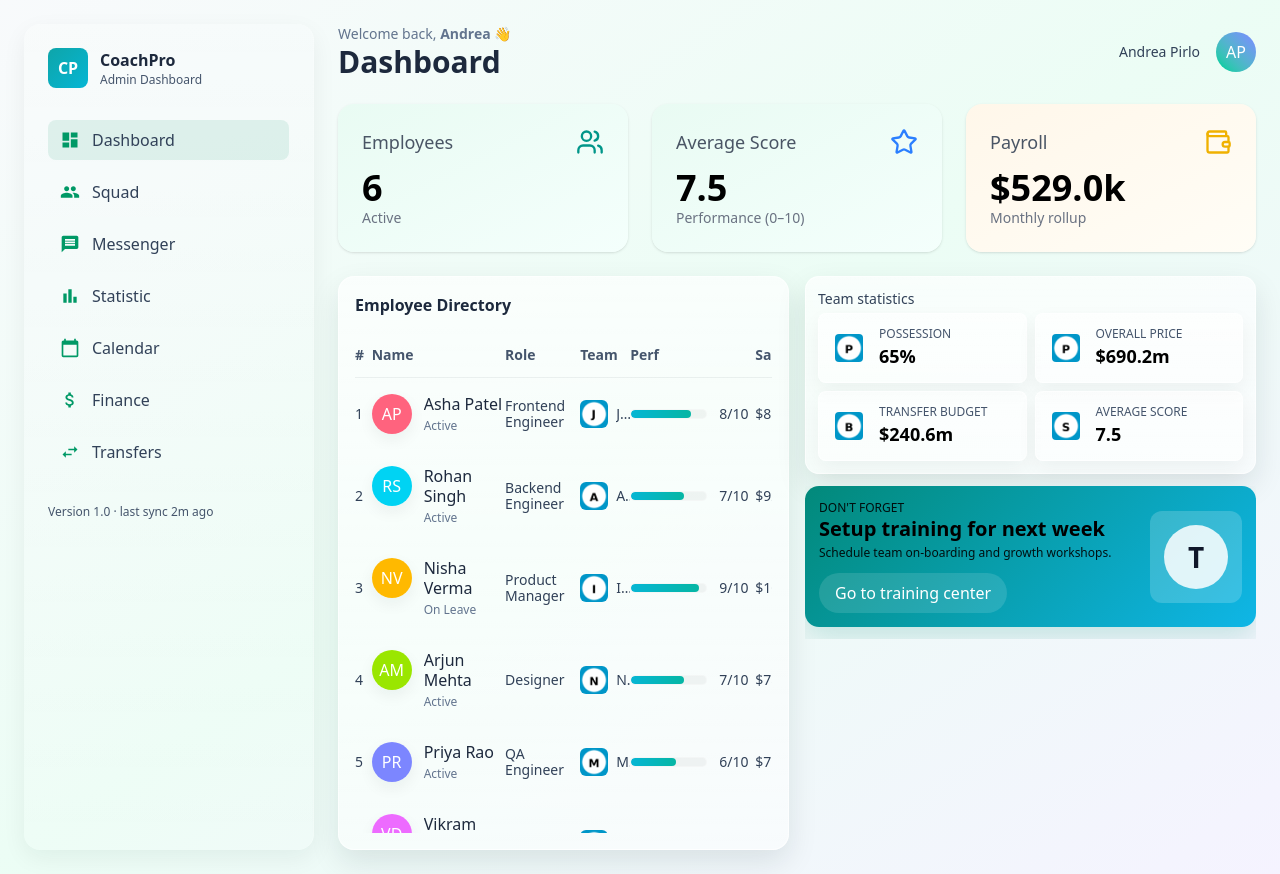
Repository: Khushichugh14/crm-dashboard
Page: /
An editor plug-in stored every save of this project. The page is shown before and after the next save, followed by the edit.
The browser window is 1280 px wide. The pictures show the whole page.
The project was rebuilt for these pictures with package versions that can differ from the ones it lists, and the page was loaded fresh each time. Also part of the build but not shown: vite.config.ts.

Above is the page before, as saved 2025-12-12 11:39:47.

### src/main.tsx
import { createRoot } from 'react-dom/client'
import './index.css'
import App from './App.tsx'
import React from 'react'

createRoot(document.getElementById('root')!).render(
  <React.StrictMode>
    <App />
  </React.StrictMode>,
)

### src/index.css
@import "tailwindcss";

body {
  @apply bg-gradient-to-br from-slate-50 via-emerald-50 to-violet-50;
  font-family: Inter, ui-sans-serif, system-ui, -apple-system, "Segoe UI", Roboto, "Helvetica Neue", Arial;
}

### src/App.tsx
import React from "react";
import Dashboard from "./pages/Dashboard";

function App() {
  return <Dashboard/>;
}

export default App;

### src/pages/Dashboard.tsx
import React, { useMemo, useState, type JSX } from "react";
import Sidebar from "../components/Sidebar";
import MiniCard from "../components/MiniCard";
import EmployeeTable from "../components/EmployeeTable";
import { sampleEmployees } from "../data/sampleEmployees";

// ICONS (you forgot to import these)

// Local icons
import possessionIcon from "../assets/icons/possession.png";
import priceIcon from "../assets/icons/price.png";
import budgetIcon from "../assets/icons/budget.png";
import scoreIcon from "../assets/icons/score.png";
import { Star, Users, Wallet } from "lucide-react";

const THEME = {
  cardBg: "linear-gradient(180deg, rgba(255,255,255,0.66), rgba(255,255,255,0.52))",
  cardBorder: "rgba(255,255,255,0.65)",
  glassShadow: "0 12px 30px rgba(14,30,37,0.10)",
  cardRadius: 14,
};

export default function Dashboard(): JSX.Element {
  const [employees, setEmployees] = useState(sampleEmployees);

  const totalSalary = useMemo(
    () => employees.reduce((s, e) => s + e.salary, 0),
    [employees]
  );

  const avgPerf = useMemo(
    () =>
      (
        employees.reduce((s, e) => s + e.performance, 0) /
        Math.max(1, employees.length)
      ).toFixed(1),
    [employees]
  );

  function onEdit(e: any) {
    console.log("edit", e);
  }

  function onDelete(id: string) {
    setEmployees((prev) => prev.filter((p) => p.id !== id));
  }

  return (
    <div className="min-h-screen p-6 bg-gradient-to-br from-slate-50 via-emerald-50 to-violet-50 font-sans">
      <div className="max-w-[1300px] mx-auto grid grid-cols-12 gap-6">
        {/* Sidebar */}
        <aside className="col-span-3">
          <Sidebar />
        </aside>

        {/* Main area */}
        <main className="col-span-9">
          {/* Header */}
          <header className="flex items-center justify-between mb-6">
            <div>
              <div className="text-slate-500 text-sm">
                Welcome back, <span className="font-semibold">Andrea</span> 👋
              </div>
              <h1 className="text-3xl font-extrabold text-slate-800">
                Dashboard
              </h1>
            </div>

            <div className="flex items-center gap-4">
              <div className="text-sm text-slate-700">Andrea Pirlo</div>
              <div className="h-10 w-10 rounded-full bg-gradient-to-tr from-emerald-400 to-indigo-400 text-white flex items-center justify-center">
                AP
              </div>
            </div>
          </header>

          {/* TOP 3 CARDS */}
          <div className="grid grid-cols-1 lg:grid-cols-3 gap-6 mt-6">
            {/* Employees */}
            <div className="p-6 rounded-2xl shadow-sm bg-gradient-to-br from-[#E9FBF3] to-[#F4FFFC]">
              <div className="flex justify-between items-center">
                <h2 className="text-gray-600 text-lg font-medium">Employees</h2>
                <Users className="text-teal-600" size={28} />
              </div>
              <p className="text-4xl font-bold mt-3">{employees.length}</p>
              <p className="text-sm text-gray-500">Active</p>
            </div>

            {/* Average Score */}
            <div className="p-6 rounded-2xl shadow-sm bg-gradient-to-br from-[#E9FBF3] to-[#F4FFFC]">
              <div className="flex justify-between items-center">
                <h2 className="text-gray-600 text-lg font-medium">
                  Average Score
                </h2>
                <Star className="text-blue-500" size={28} />
              </div>
              <p className="text-4xl font-bold mt-3">{avgPerf}</p>
              <p className="text-sm text-gray-500">Performance (0–10)</p>
            </div>

            {/* Payroll */}
            <div className="p-6 rounded-2xl shadow-sm bg-gradient-to-br from-[#FFF7EA] to-[#FFFDF6]">
              <div className="flex justify-between items-center">
                <h2 className="text-gray-600 text-lg font-medium">Payroll</h2>
                <Wallet className="text-yellow-500" size={28} />
              </div>
              <p className="text-4xl font-bold mt-3">${(totalSalary / 1000).toFixed(1)}k</p>
              <p className="text-sm text-gray-500">Monthly rollup</p>
            </div>
          </div>

          {/* MAIN CONTENT: LEFT TABLE + RIGHT STATS */}
          <section className="grid grid-cols-2 gap-4 mt-6">
            {/* LEFT TABLE */}
            <div
              className="rounded-2xl p-4"
              style={{
                background: THEME.cardBg,
                border: `1px solid ${THEME.cardBorder}`,
                boxShadow: THEME.glassShadow,
              }}
            >
              <h2 className="font-semibold text-slate-800 mb-4">
                Employee Directory
              </h2>

              <div
                className="overflow-auto"
                style={{ maxHeight: "calc(100vh - 220px)" }}
              >
                <EmployeeTable
                  employees={employees}
                  onEdit={onEdit}
                  onDelete={onDelete}
                />
              </div>
            </div>

            {/* RIGHT SIDEBAR SECTION */}
            <div style={{ position: "relative" }}>
              <div style={{ position: "sticky", top: 24 }}>
                {/* Mini Cards Section */}
                <div
                  style={{
                    background: THEME.cardBg,
                    border: `1px solid ${THEME.cardBorder}`,
                    borderRadius: THEME.cardRadius,
                    boxShadow: THEME.glassShadow,
                    padding: "12px",
                    marginBottom: 12,
                  }}
                >
                  <h3 className="font-medium text-slate-700 mb-1 text-sm">
                    Team statistics
                  </h3>

                  <div className="grid grid-cols-2 gap-2">
                    <MiniCard
                      label="POSSESSION"
                      value="65%"
                      icon={possessionIcon}
                    />
                    <MiniCard
                      label="OVERALL PRICE"
                      value="$690.2m"
                      icon={priceIcon}
                    />
                    <MiniCard
                      label="TRANSFER BUDGET"
                      value="$240.6m"
                      icon={budgetIcon}
                    />
                    <MiniCard
                      label="AVERAGE SCORE"
                      value={avgPerf}
                      icon={scoreIcon}
                    />
                  </div>
                </div>

                {/* Banner */}
                <div style={{ maxHeight: 410, overflow: "hidden" }}>
                  <div
                    style={{
                      background: "linear-gradient(135deg,#02897a,#0fb6e6)",
                      borderRadius: 14,
                      padding: "14px",
                      display: "flex",
                      alignItems: "center",
                      gap: 14,
                      boxShadow: "0 12px 28px rgba(2,137,122,0.18)",
                      minHeight: 130,
                    }}
                  >
                    <div style={{ flex: 1 }}>
                      <div className="text-xs opacity-90">DON'T FORGET</div>
                      <h3 className="text-xl font-bold leading-tight">
                        Setup training for next week
                      </h3>
                      <p className="mt-1 text-xs opacity-90">
                        Schedule team on-boarding and growth workshops.
                      </p>

                      <button
                        className="mt-3 px-4 py-2 rounded-full text-white"
                        style={{ background: "rgba(255,255,255,0.12)" }}
                      >
                        Go to training center
                      </button>
                    </div>

                    <div style={{ width: 92, flexShrink: 0 }}>
                      <div
                        style={{
                          width: 92,
                          height: 92,
                          borderRadius: 12,
                          background: "rgba(255,255,255,0.18)",
                          display: "flex",
                          alignItems: "center",
                          justifyContent: "center",
                        }}
                      >
                        <div
                          style={{
                            width: 64,
                            height: 64,
                            borderRadius: "50%",
                            background: "rgba(255,255,255,0.85)",
                            display: "flex",
                            alignItems: "center",
                            justifyContent: "center",
                            color: "#0f172a",
                            fontWeight: 700,
                            fontSize: 28,
                          }}
                        >
                          T
                        </div>
                      </div>
                    </div>
                  </div>

                  <div style={{ height: 12 }} />
                </div>
              </div>
            </div>
          </section>
        </main>
      </div>
    </div>
  );
}

### src/components/Sidebar.tsx
import React from "react";
import { MdDashboard, MdPeople, MdMessage, MdBarChart, MdCalendarToday, MdAttachMoney, MdSwapHoriz } from "react-icons/md";

export default function Sidebar() {
  const menu = [
    { label: "Dashboard", icon: <MdDashboard size={20} /> },
    { label: "Squad", icon: <MdPeople size={20} /> },
    { label: "Messenger", icon: <MdMessage size={20} /> },
    { label: "Statistic", icon: <MdBarChart size={20} /> },
    { label: "Calendar", icon: <MdCalendarToday size={20} /> },
    { label: "Finance", icon: <MdAttachMoney size={20} /> },
    { label: "Transfers", icon: <MdSwapHoriz size={20} /> },
  ];

  return (
    <div
      className="h-full rounded-2xl p-6"
      style={{
        background: "linear-gradient(180deg, rgba(255,255,255,0.18), rgba(255,255,255,0.12))",
        borderRight: "1px solid rgba(255,255,255,0.22)",
        boxShadow: "0 8px 24px rgba(14,30,37,0.06)",
      }}
    >
      <div className="flex items-center gap-3 mb-8">
        <div className="h-10 w-10 rounded-lg flex items-center justify-center text-white font-bold"
             style={{ background: "linear-gradient(135deg,#0ea5a9,#06b6d4)" }}>
          CP
        </div>
        <div>
          <div className="text-slate-800 font-semibold">CoachPro</div>
          <div className="text-xs text-slate-600">Admin Dashboard</div>
        </div>
      </div>

      <nav className="flex flex-col gap-3">
        {menu.map((it, idx) => (
          <button key={it.label}
            className={`flex items-center gap-3 py-2 px-3 rounded-lg transition-all duration-150 text-slate-700 hover:bg-white/10 ${idx===0 ? "bg-emerald-600/10 text-emerald-700" : ""}`}>
            <span className="text-emerald-600">{it.icon}</span>
            <span>{it.label}</span>
          </button>
        ))}
      </nav>

      <div className="mt-8 text-xs text-slate-600">Version 1.0 · last sync 2m ago</div>
    </div>
  );
}

### src/components/MiniCard.tsx
import React from "react";

export default function MiniCard({ label, value, icon }: { label: string; value: string; icon?: string; }) {
  return (
    <div
      className="rounded-lg p-3 flex items-center gap-3"
      style={{
        background: "linear-gradient(180deg, rgba(255,255,255,0.60), rgba(255,255,255,0.48))",
        border: `1px solid rgba(255,255,255,0.6)`,
        boxShadow: "0 8px 20px rgba(14,30,37,0.05)",
      }}
    >
      {icon && <img src={icon} alt={label} className="h-9 w-9 p-1 rounded-lg" />}
      <div>
        <div className="text-xs text-slate-600">{label}</div>
        <div className="font-semibold text-lg">{value}</div>
      </div>
    </div>
  );
}

### src/components/EmployeeTable.tsx
import React from "react";
import type { Employee } from "../types/employee";

type Props = {
  employees: Employee[];
  onEdit: (e: Employee) => void;
  onDelete: (id: string) => void;
};

export default function EmployeeTable({ employees,  }: Props) {
  return (
    <div className="table-root">
      <table className="table-fixed w-full" style={{ borderCollapse: "collapse" }}>
        <colgroup>
          <col style={{ width: "4%" }} />
          <col style={{ width: "32%" }} />
          <col style={{ width: "18%" }} />
          <col style={{ width: "12%" }} />
          <col style={{ width: "30%" }} />
          <col style={{ width: "4%" }} />
        </colgroup>

        <thead>
          <tr className="text-sm text-slate-600" style={{ borderBottom: "1px solid rgba(14,30,37,0.06)" }}>
            <th className="py-3 text-left">#</th>
            <th className="py-3 text-left">Name</th>
            <th className="py-3 text-left">Role</th>
            <th className="py-3 text-left">Team</th>
            <th className="py-3 text-left">Perf</th>
            <th className="py-3 text-right">Salary</th>
          </tr>
        </thead>

        <tbody>
          {employees.map((e, i) => (
            <tr key={e.id} className="align-top odd:bg-white/5 even:bg-transparent">
              <td className="py-4 text-sm text-slate-700 align-middle">{i + 1}</td>

              {/* {Avatar} */}
              <td className="py-4 align-middle">
                <div className="flex items-start gap-3">

                  <div
                    className="flex-shrink-0 rounded-full h-10 w-10 flex items-center justify-center text-white font-medium"
                    style={{
                      boxShadow: "0 6px 16px rgba(14,30,37,0.06)",

                    }}
                  >
                    {/* show initials */}
                    <div className={`${e.avatarColor ?? "bg-slate-400"} h-10 w-10 rounded-full flex items-center justify-center text-white font-medium`}>
                      {e.name.split(" ").map(n => n[0]).slice(0, 2).join("")}
                    </div>
                  </div>

                  {/* name and subtitle stacked */}
                  <div style={{ minWidth: 0 }}>
                    <div className="font-medium text-slate-800 leading-tight">

                      <div style={{ whiteSpace: "normal", overflow: "hidden", textOverflow: "ellipsis" }}>
                        {e.name}
                      </div>
                    </div>
                    <div className="text-xs text-slate-500 mt-1">{e.status}</div>
                  </div>
                </div>
              </td>

              {/* Role */}
              <td className="py-4 text-sm text-slate-700 align-middle" style={{ whiteSpace: "normal" }}>

                <div style={{ lineHeight: 1.15 }}>
                  {e.role}
                </div>
              </td>

              {/* Team (logo + name) */}
              <td className="py-4 text-sm text-slate-700 align-middle">
                <div className="flex items-center gap-2">
                  {e.teamLogo && (
                    <img src={e.teamLogo} alt={e.team} className="h-7 w-7 rounded-md object-contain flex-shrink-0" />
                  )}
                  <span style={{ whiteSpace: "nowrap", overflow: "hidden", textOverflow: "ellipsis" }}>{e.team}</span>
                </div>
              </td>


              <td className="py-4 align-middle">
                <div style={{ display: "flex", alignItems: "center", gap: 12 }}>
                  <div style={{
                    flex: 1,
                    height: 10,
                    background: "rgba(0,0,0,0.04)",
                    borderRadius: 999,
                    overflow: "hidden",
                    border: "1px solid rgba(255,255,255,0.35)"
                  }}>
                    <div style={{
                      width: `${(e.performance / 10) * 100}%`,
                      height: "100%",
                      background: "linear-gradient(90deg,#06b6d4,#06b6a4)",
                      borderRadius: 999,
                      transition: "width 300ms ease"
                    }} />
                  </div>


                  <div style={{ minWidth: 36 }} className="text-sm text-slate-700">
                    {e.performance}/10
                  </div>
                </div>
              </td>


              <td className="py-4 text-sm text-slate-700 text-right align-middle">
                ${e.salary.toLocaleString()}
              </td>
            </tr>
          ))}
        </tbody>
      </table>

      {employees.length === 0 && <div className="p-4 text-sm text-slate-600">No employees found.</div>}
    </div>
  );
}

### src/data/sampleEmployees.ts
import type { Employee } from "../types/employee";
import juveLogo from "../assets/teams/juventus.png";
import atalantaLogo from "../assets/teams/atalanta.png";
import interLogo from "../assets/teams/inter.png";
import napoliLogo from "../assets/teams/napoli.png";
import milanLogo from "../assets/teams/milan.png";
import romaLogo from "../assets/teams/roma.png";

export const sampleEmployees: Employee[] = [
  { id: "e1", name: "Asha Patel", role: "Frontend Engineer", team: "Juventus", teamLogo: juveLogo, avatarColor: "bg-rose-400", salary: 85000, performance: 8, status: "Active" },
  { id: "e2", name: "Rohan Singh", role: "Backend Engineer", team: "Atalanta", teamLogo: atalantaLogo, avatarColor: "bg-cyan-400", salary: 92000, performance: 7, status: "Active" },
  { id: "e3", name: "Nisha Verma", role: "Product Manager", team: "Inter", teamLogo: interLogo, avatarColor: "bg-amber-400", salary: 105000, performance: 9, status: "On Leave" },
  { id: "e4", name: "Arjun Mehta", role: "Designer", team: "Napoli", teamLogo: napoliLogo, avatarColor: "bg-lime-400", salary: 78000, performance: 7, status: "Active" },
  { id: "e5", name: "Priya Rao", role: "QA Engineer", team: "Milan", teamLogo: milanLogo, avatarColor: "bg-indigo-400", salary: 71000, performance: 6, status: "Active" },
  { id: "e6", name: "Vikram Das", role: "DevOps", team: "Roma", teamLogo: romaLogo, avatarColor: "bg-fuchsia-400", salary: 98000, performance: 8, status: "Active" },
];

After the next save:
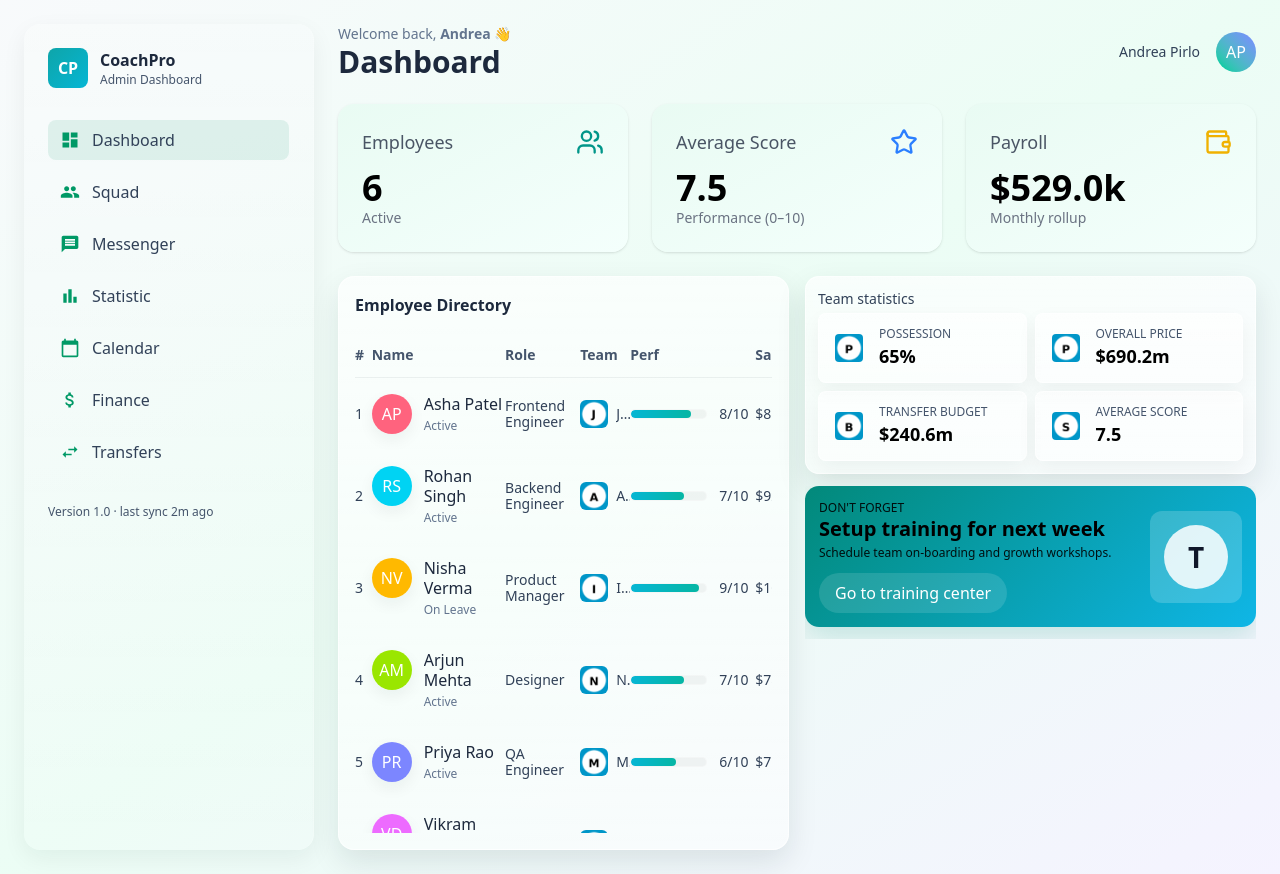
Saved 11 s later.
--- a/src/pages/Dashboard.tsx
+++ b/src/pages/Dashboard.tsx
@@ -99,7 +99,7 @@ export default function Dashboard(): JSX.Element {
             </div>
 
             {/* Payroll */}
-            <div className="p-6 rounded-2xl shadow-sm bg-gradient-to-br from-[#FFF7EA] to-[#FFFDF6]">
+            <div className="p-6 rounded-2xl shadow-sm bg-gradient-to-br from-[#E9FBF3] to-[#F4FFFC]">
               <div className="flex justify-between items-center">
                 <h2 className="text-gray-600 text-lg font-medium">Payroll</h2>
                 <Wallet className="text-yellow-500" size={28} />
